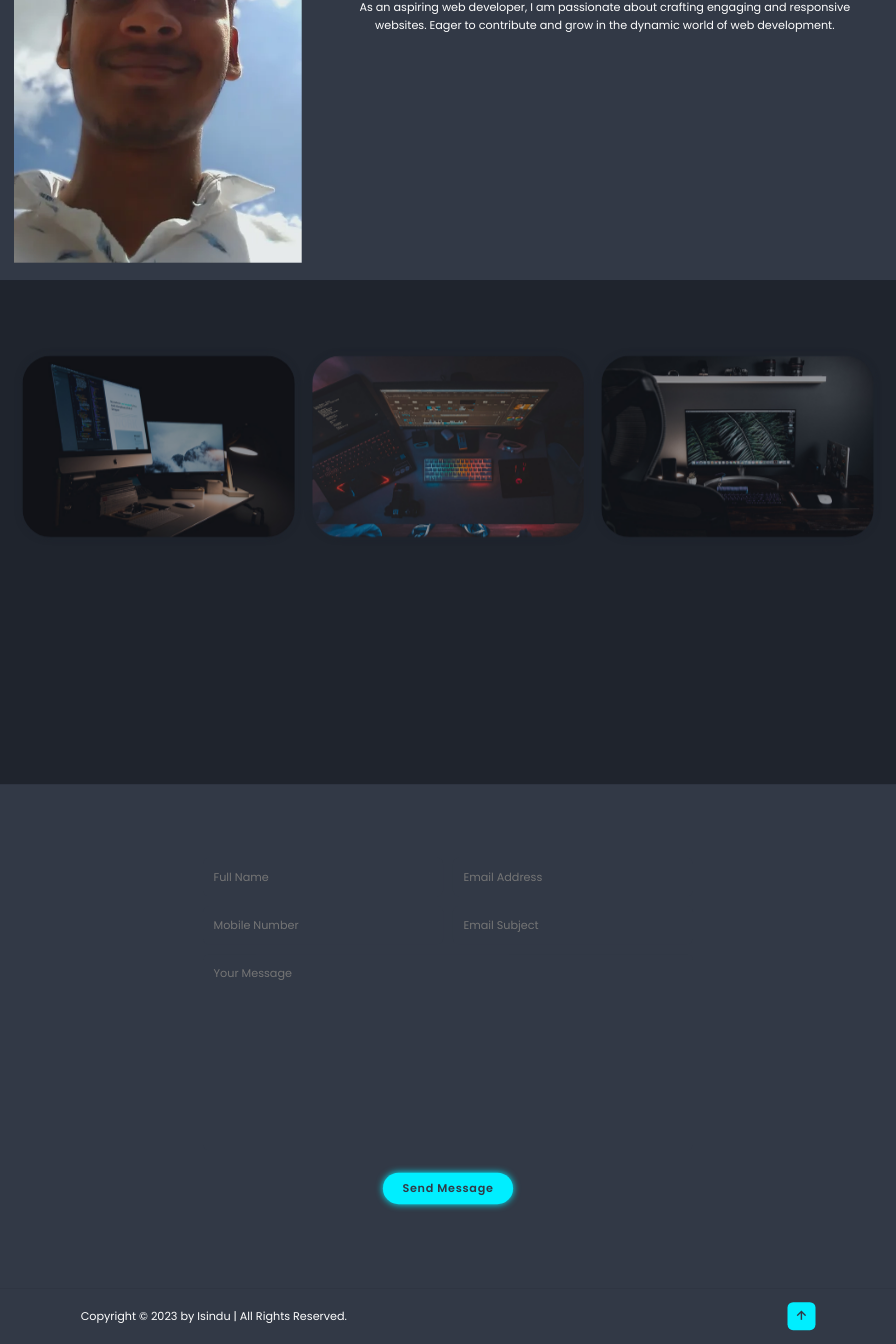
Repository: tectonic679/website1
Page: index.html
An editor plug-in stored every save of this project. The page is shown before and after the next save, followed by the edit.
The browser window is 1280 px wide. The pictures show the part of the page from y = 1096 to 3016 px (the page is 3016 px tall), at 70% of full size.
Some web libraries are served in a nearby version.

Above is the page before, as saved 2023-12-15 14:11:50.

After the next save:
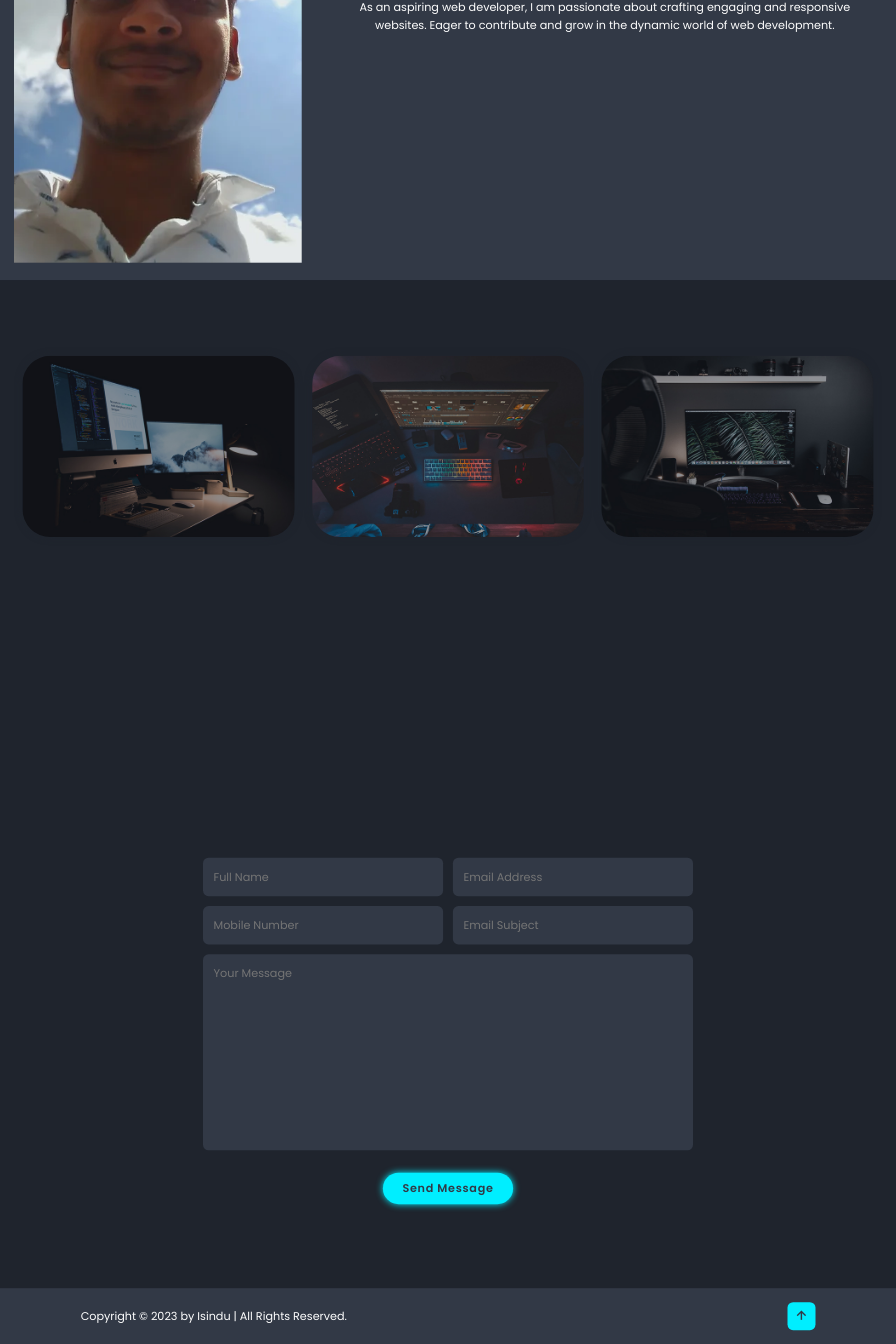
Saved 57 s later.
--- a/style.css
+++ b/style.css
@@ -301,10 +301,6 @@ span {
     height: 5rem;
     background: var(--text-bg-color);
     border-radius: 50%;
-}
-
-.contact {
-    background-color: var(--second-bg-color);
 }
 
 .contact h2 {
